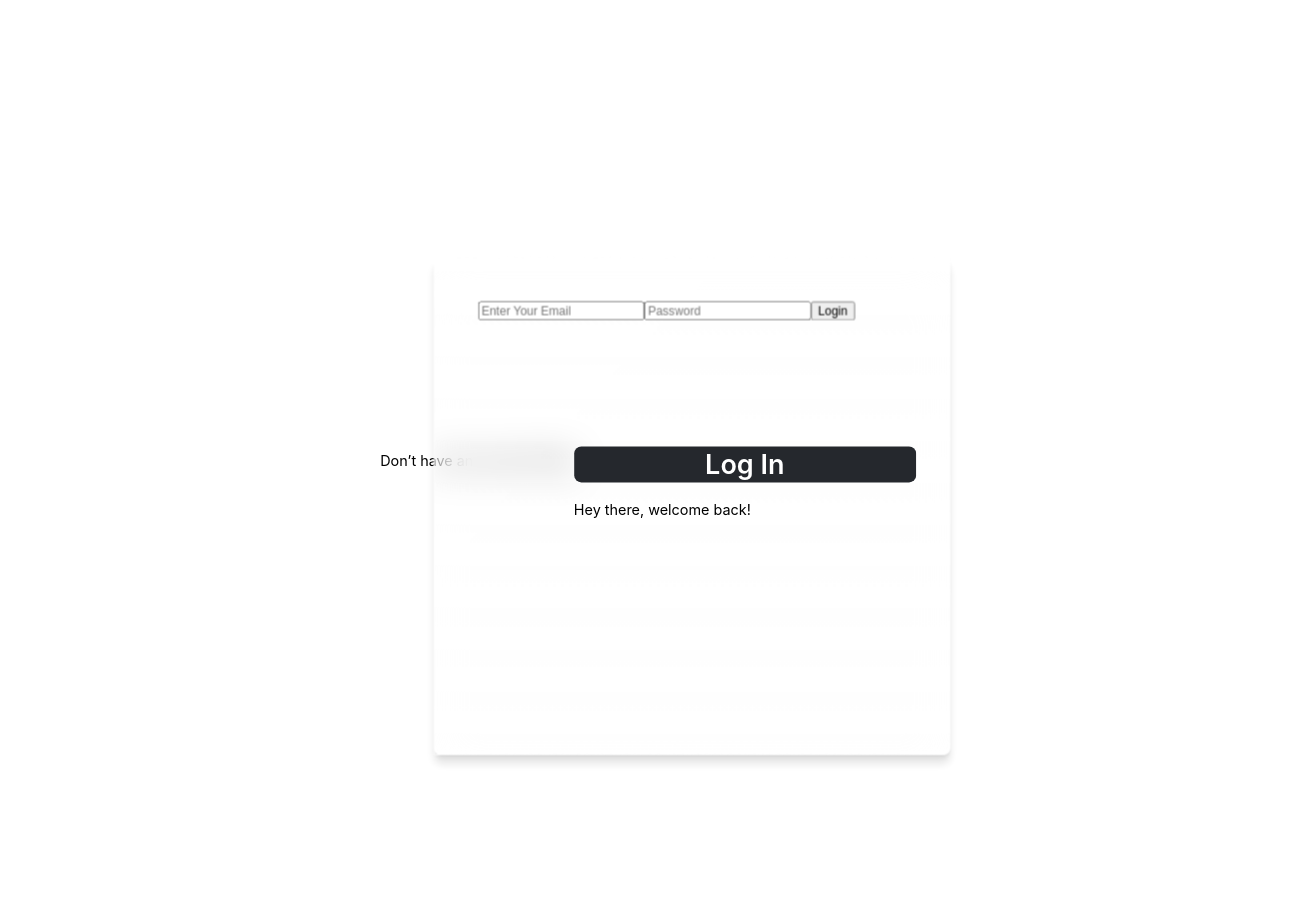
Repository: AfifaNoor/Admin_Panel-React-
Page: /
These files come from the project's save history. The page is drawn as it stood at one moment and after the next save; the edit follows.
The browser window is 1280 px wide. The page is 1440 px wide, so the pictures cover 1440 px, including what lies to the right of the window. The pictures show the whole page, at 90% of full size.
The project was rebuilt for these pictures with package versions that can differ from the ones it lists, and the page was loaded fresh each time. Also part of the build but not shown: src/SignUp.jsx.

Above is the page before, as saved 2025-07-10 14:54:25.

After the next save:
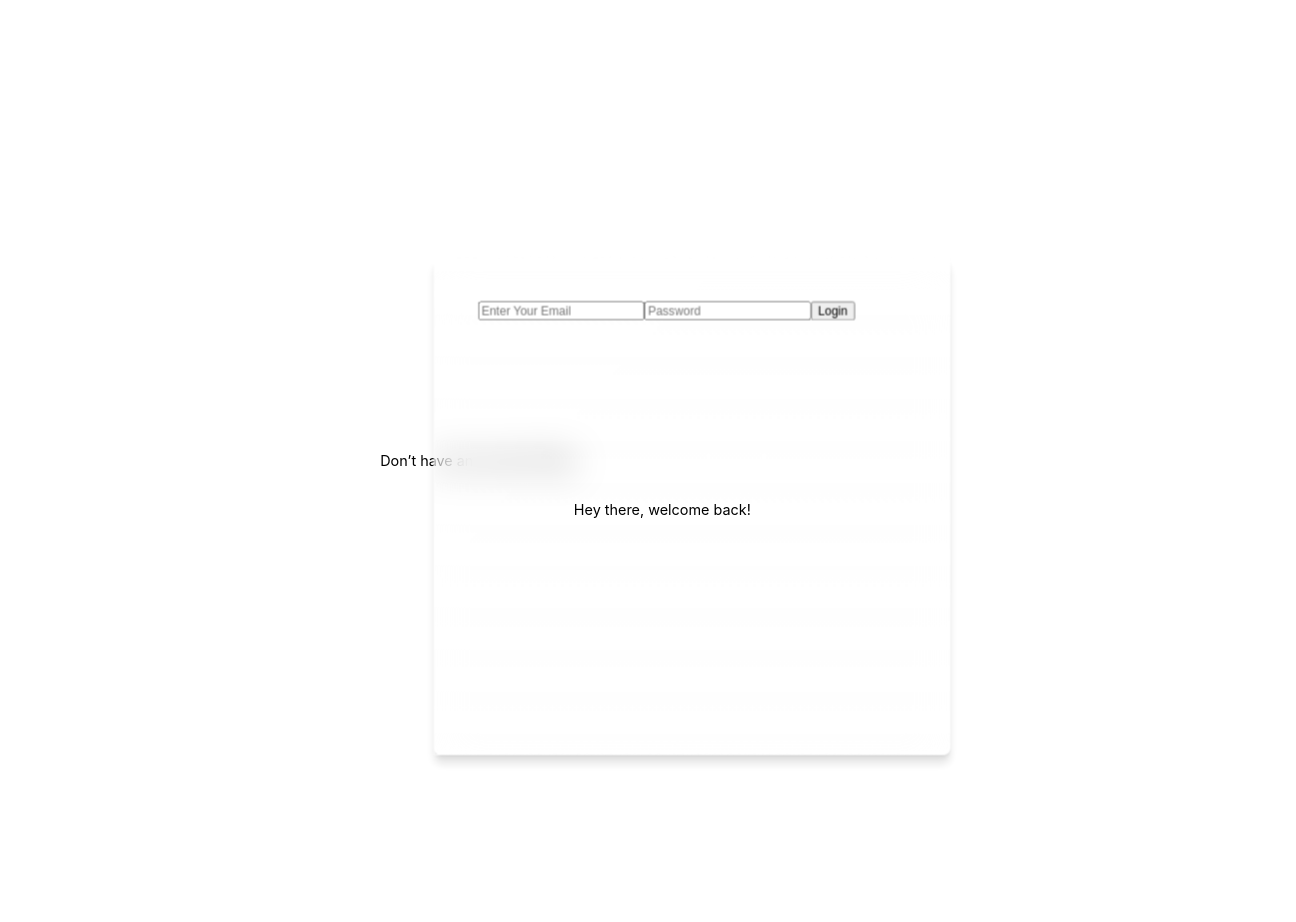
Saved 24 s later.
--- a/src/LoginPage.css
+++ b/src/LoginPage.css
@@ -58,8 +58,6 @@ box-shadow:
   line-height: 40px;
   letter-spacing: -1%;
   color: #ffffff;
-
-  background: #25282D;
   display: flex;
   align-items: center;
   justify-content: center;
